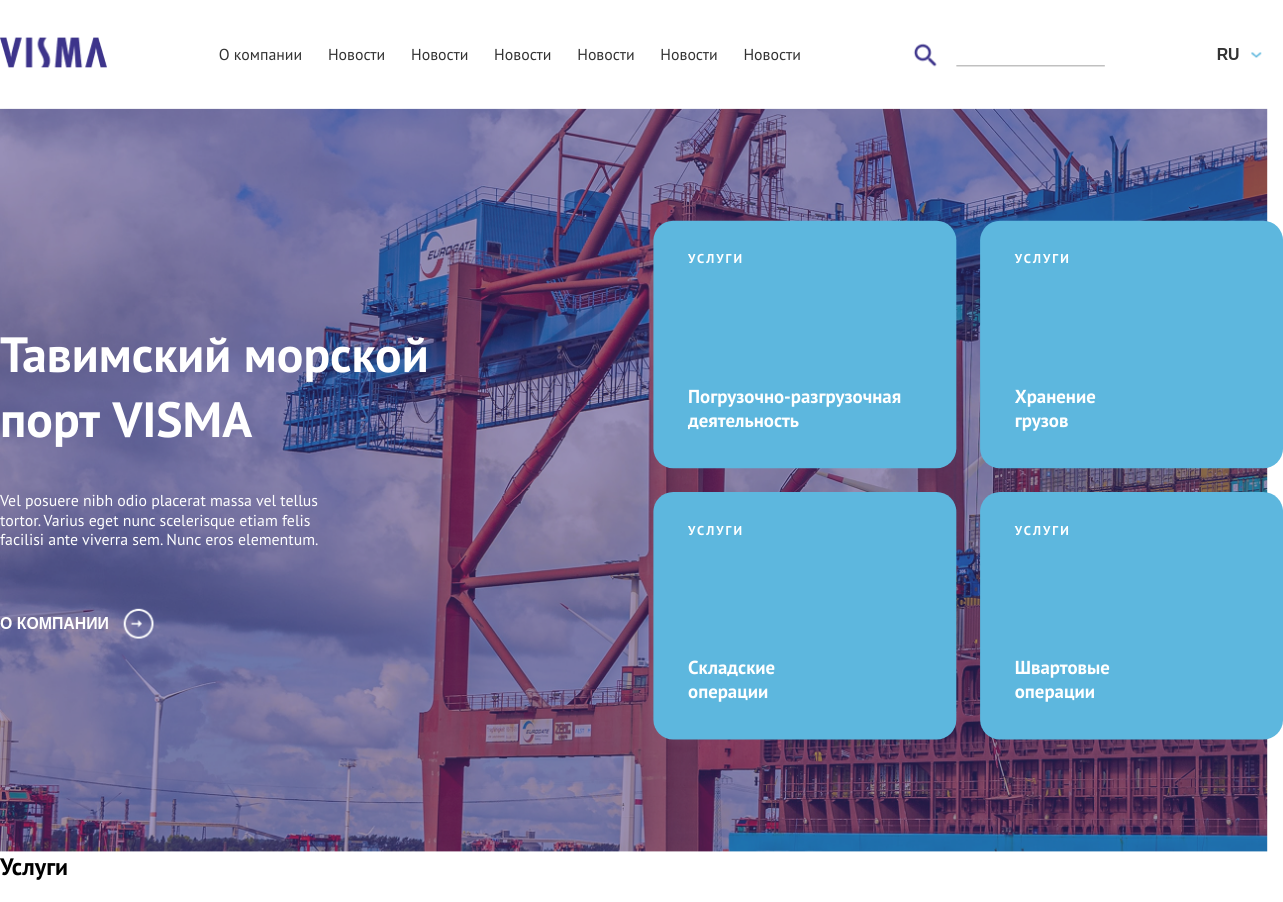
Repository: Shaiyr1/Visma
Page: index.html
These files come from the project's save history. The page is drawn as it stood at one moment and after a run of saves; the edit follows.
The browser window is 1280 px wide. The page is 1296 px wide, so the pictures cover 1296 px, including what lies to the right of the window. The pictures show the whole page, at 99% of full size.
The style sheet was rebuilt from its Sass, Less or Tailwind sources for each picture, by a compiler version that may differ from the author's.

Above is the page before, as saved 2026-09-16 14:20:57.

### index.html
<!DOCTYPE html>
<html lang="en">
<head>
    <meta charset="UTF-8">
    <meta http-equiv="X-UA-Compatible" content="IE=edge">
    <meta name="viewport" content="width=device-width, initial-scale=1.0">
    <link rel="stylesheet" href="./src/css/style.css">
    <title>Document</title>
</head>
<body>
    <header class="header">
        <nav class="header-nav">
            <a class="header-nav__link" href="#">
                <img class="header-nav__logo" src="./src/img/Vector (1).png" alt="logo">
            </a>
            <ul class="header-nav__ul">
                <li class="header-nav__li">
                    <a class="header-nav__li-link" href="#">О компании</a>
                </li>
                <li class="header-nav__li">
                    <a class="header-nav__li-link" href="#">Новости</a>
                </li>
                <li class="header-nav__li">
                    <a class="header-nav__li-link" href="#">Новости</a>
                </li>
                <li class="header-nav__li">
                    <a class="header-nav__li-link" href="#">Новости</a>
                </li>
                <li class="header-nav__li">
                    <a class="header-nav__li-link" href="#">Новости</a>
                </li>
                <li class="header-nav__li">
                    <a class="header-nav__li-link" href="#">Новости</a>
                </li>
                <li class="header-nav__li">
                    <a class="header-nav__li-link" href="#">Новости</a>
                </li>
            </ul>
            <label class="header-nav__label" for="">
                <img class="header-nav__icon" src="./src/img/ic_round-search.png" alt="icon">
                <input class="header-nav__input" type="search">
            </label>
            <select class="header-nav__select" name="" id="">
                <option class="header-nav__option" value="">RU</option>
                <option class="header-nav__option" value="">ENG</option>
            </select>
        </nav>
    </header>
    <main>
        <section class="home">
            <div class="container home__blocks">
                <div class="home-block">
                    <h1 class="home-block__title">Тавимский морской порт VISMA</h1>
                    <p class="home-block__subtitle">
                        Vel posuere nibh odio placerat massa vel tellus tortor. Varius eget nunc scelerisque etiam felis facilisi ante viverra sem. Nunc eros elementum.
                    </p>
                    <button class="home-block__btn">
                        О КОМПАНИИ
                        <img class="home-block__btn-icon" src="./src/img/Group 7.png" alt="">
                    </button>
                </div>
                <div class="home-services">
                    <div class="home-services__item">
                        <span class="home-services__item-span">УСЛУГИ</span>
                        <p class="home-services__item-text">
                            Погрузочно-разгрузочная <br> деятельность
                        </p>
                    </div>
                    <div class="home-services__item">
                        <span class="home-services__item-span">УСЛУГИ</span>
                        <p class="home-services__item-text">
                            Хранение <br> грузов
                        </p>
                    </div>
                    <div class="home-services__item">
                        <span class="home-services__item-span">УСЛУГИ</span>
                        <p class="home-services__item-text">
                            Складские <br> операции
                        </p>
                    </div>
                    <div class="home-services__item">
                        <span class="home-services__item-span">УСЛУГИ</span>
                        <p class="home-services__item-text">
                            Швартовые <br> операции
                        </p>
                    </div>
                </div>
            </div>
        </section>
        <section class="services">
            <div class="container">
                <div class="services-block">
                    <h2 class="services-block__title">Услуги</h2>
                    <ul class="services-block__ul">
                        <li class="services-block__li">
                            <a href=""></a>
                            <img src="" alt="">
                        </li>
                    </ul>
                </div>
            </div>
        </section>
    </main>
</body>

</html>

### src/scss/style.scss
* {
    margin: 0;
    padding: 0;
    box-sizing: border-box;
}

@import url('https://fonts.googleapis.com/css2?family=PT+Sans:ital,wght@0,400;0,700;1,400;1,700&display=swap');

body {
    font-family: "PT Sans", sans-serif;
}
.container {
    width: 1296px;
    margin: 0 auto;
}

@import "header";
@import "home";

### src/scss/header.scss
.header {

    &-nav {
        width: 1296px;
        height: 110px;
        margin: 0 auto;
        display: flex;
        align-items: center;
        gap: 113px;

        &__link {}

        &__logo {}

        &__ul {
            display: flex;
            align-items: center;
            justify-content: center;
            gap: 26px;
            list-style-type: none;
        }
        &__li {
            &-link {
                text-decoration: none;
                color: #333333;
                font-size: 16px;
            }
        }
        &__label {
            display: flex;
            align-items: flex-end;
            justify-content: center;
            gap: 20px;
        }
        &__input {
            width: 150px;
            border: none;
            outline: none;
            border-bottom: 1px solid rgb(161, 161, 161);
        }
        &__select {
            background: none;
            border: none;
            color: #333333;
            font-size: 16px;
            font-weight: bold;
            outline: none;
            appearance: none;
            padding-right: 30px;
            background-image: url("../img/material-symbols_keyboard-arrow-down-rounded.png");
            background-position: right 20px center;
            background-repeat: no-repeat;
        }
    }
}

### src/scss/home.scss
.home {
    width: 100%;
    height: 750px;
    background-image: url("../img/Rectangle\ 23\ \(6\).png");
    background-repeat: no-repeat;
    background-size: cover;
    padding: 113px 0;

    &__blocks {
        display: flex;
        align-items: center;
        gap: 134px;
    }

    &-block {
        width: 526px;

        &__title {
            width: 526px;
            color: #ffffff;
            text-align: left;
            font-weight: 700;
            font-size: 50px;
        }

        &__subtitle {
            width: 322px;
            margin: 40px 0 60px;
            color: #ffffff;
            text-align: left;
            font-size: 16px;
        }

        &__btn {
            width: 159px;
            height: 30px;
            display: flex;
            justify-content: flex-start;
            align-items: center;
            gap: 15px;
            border: none;
            outline: none;
            cursor: pointer;
            color: #ffffff;
            text-align: left;
            font-size: 16px;
            font-weight: 700;
            background: none;


            &-icon {}
        }
    }

    &-services {
        display: flex;
        flex-wrap: wrap;
        gap: 24px;

        &__item {
            background-color: #5db7de;
            width: 306px;
            height: 250px;
            border-radius: 20px;
            padding: 30px 35px;
            display: flex;
            flex-direction: column;
            align-items: flex-start;
            gap: 118px;

            &-span {
                color: #ffffff;
                text-align: left;
                font-size: 13px;
                font-weight: 700;
                letter-spacing: 2px;

            }

            &-text {
                color: #ffffff;
                text-align: left;
                font-size: 19px;
                font-weight: 700;
            }
        }
    }
}

After the next 4 saves:
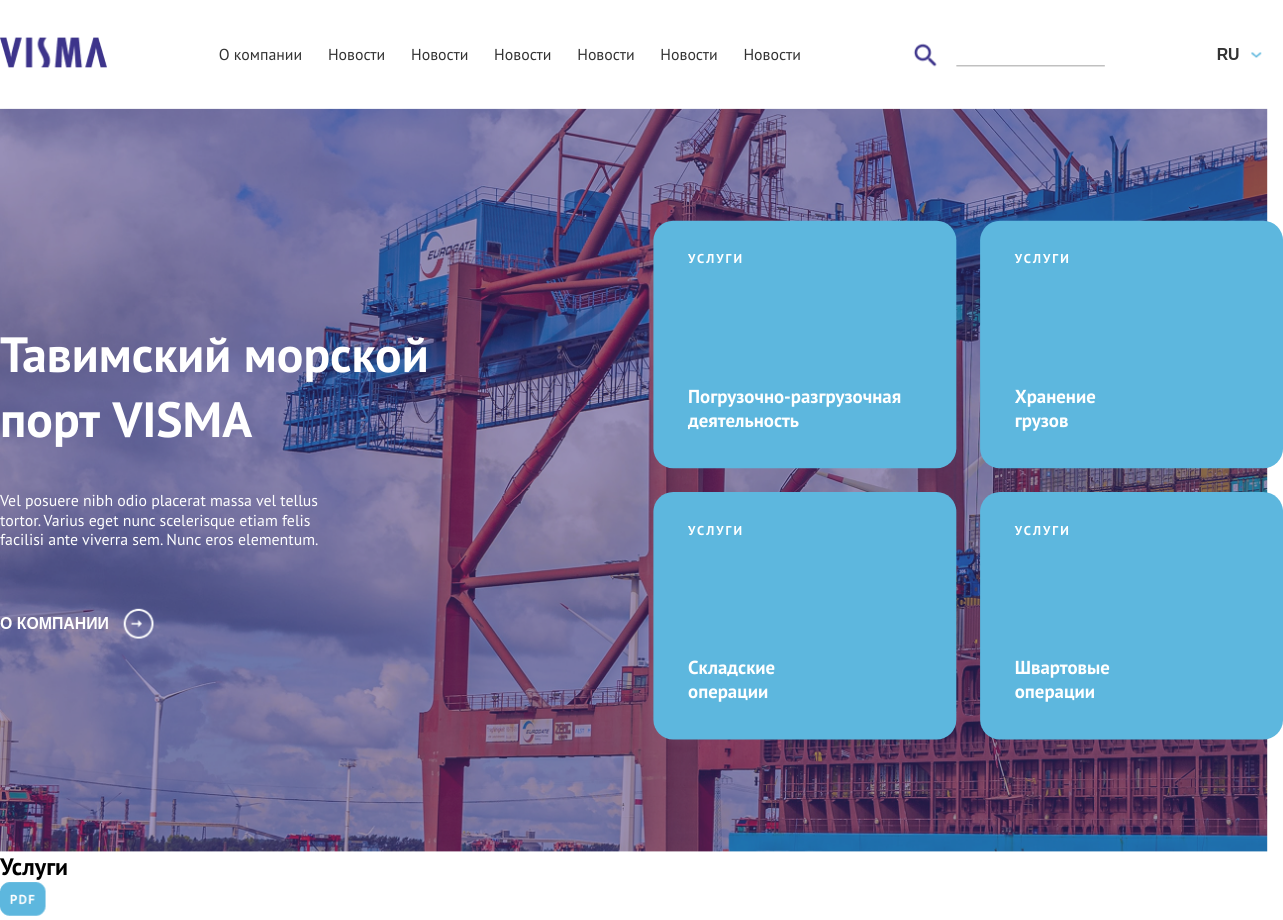
The 4 saves are shown as one change because they came seconds apart.
The last was saved 46 s later.
--- a/index.html
+++ b/index.html
@@ -94,7 +94,7 @@
                     <ul class="services-block__ul">
                         <li class="services-block__li">
                             <a href=""></a>
-                            <img src="" alt="">
+                            <img src="./src/img/Frame 50.png" alt="img">
                         </li>
                     </ul>
                 </div>
